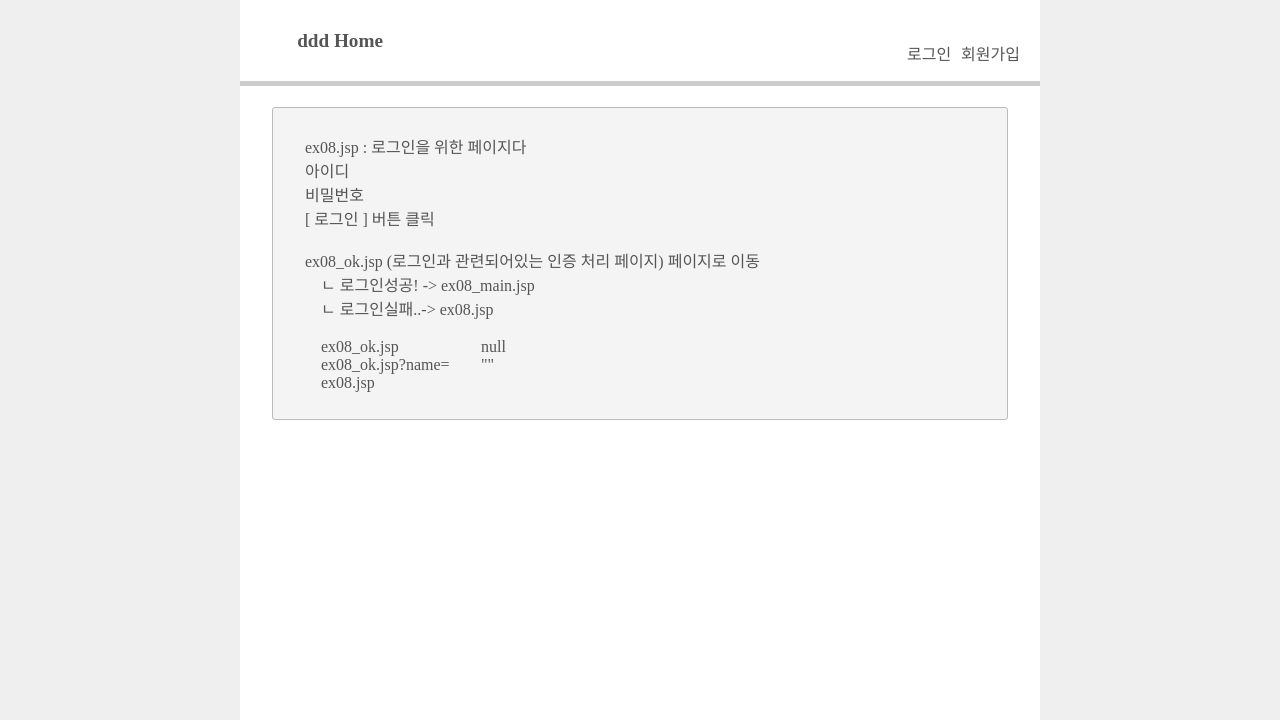
Repository: Deneb0000/JSP
Page: http://localhost/jspPro/days03/ex08.jsp
An editor plug-in stored every save of this project. The page is shown before and after the next save, followed by the edit.
The browser window is 1280 px wide. The pictures show the whole page.
Some web fonts or font styles are not loaded; a fallback is used. The page is served by Tomcat 9. Other server files are loaded and not shown.

Above is the page before, as saved 2024-10-17 06:22:50.

### jspPro/src/main/webapp/days03/ex08.jsp
<%@ page contentType="text/html; charset=UTF-8" pageEncoding="UTF-8"%>
<!DOCTYPE html>
<html>
<head>
<meta charset="UTF-8">
<title>Insert title here</title>
<link rel="shortcut icon" type="image/x-icon" href="http://localhost/jspPro/images/SiSt.ico">
<script src="https://ajax.googleapis.com/ajax/libs/jquery/3.7.1/jquery.min.js"></script>
<meta name="viewport" content="width=device-width, initial-scale=1.0">
<meta name="google" content="notranslate">
<link rel="stylesheet" href="http://localhost/jspPro/resources/cdn-main/example.css">
<script src="http://localhost/jspPro/resources/cdn-main/example.js"></script>
<style>
 span.material-symbols-outlined{
    vertical-align: text-bottom;
 }
</style>
</head>
<body>
<header>
  <h1 class="main"><a href="#" style="position: absolute;top:30px;">ddd Home</a></h1>
  <ul>
    <li><a href="#">로그인</a></li>
    <li><a href="#">회원가입</a></li>
  </ul>
</header>
<div>
  <xmp class="code">
    ex08.jsp : 로그인을 위한 페이지다
    아이디
    비밀번호
    [ 로그인 ] 버튼 클릭

    ex08_ok.jsp (로그인과 관련되어있는 인증 처리 페이지) 페이지로 이동
    	ㄴ 로그인성공! -> ex08_main.jsp
    	ㄴ 로그인실패..-> ex08.jsp

   	ex08_ok.jsp			null
   	ex08_ok.jsp?name=	""
   	ex08.jsp
  </xmp>
</div>
</body>
</html>

### jspPro/src/main/webapp/resources/cdn-main/example.css
@charset "UTF-8";

@import url('https://fonts.googleapis.com/css2?family=Material+Symbols+Outlined:opsz,wght,FILL,GRAD@20..48,100..700,0..1,-50..200');

@font-face {
    font-family: 'GmarketSansMedium';
    src: url('https://cdn.jsdelivr.net/gh/projectnoonnu/noonfonts_2001@1.1/GmarketSansMedium.woff') format('woff');
    font-weight: normal;
    font-style: normal;
}

:root {
	--text-color: #555;
	--sub-text-color: #777;
	--back-color: #EFEFEF;
	--header-color: #444;
	--primary-color: #DEDEDE;
	--secondary-color: #EFEFEF;
	--default-width: 800px;
	--narrow-width: 500px;
	--wide-width: 1200px;
	--text-font: 'GmarketSansMedium';
	--icon-font: 'Material Symbols Outlined';
	--border-color: #CCC;
}

html, body {
	margin: 0;
	padding: 0;
}

html {
	background-color: var(--back-color);
	display: flex;
	justify-content: center;
	min-height: 100vh;
}

body, body.default {
	width: var(--default-width);
	background-color: white;
	padding-bottom: 120px;
}

body.wide {
	width: var(--wide-width);
}

body.narrow {
	width: var(--narrow-width);
}



body, p, div, span, a, input, select, option, textarea, button, table, th, td, label, fieldset, legend {
	font-family: var(--text-font);
	color: var(--text-color);
}

h1, h2, h3 {
	font-family: var(--text-font);
	color: var(--header-color);
	padding: 0 1rem;
	padding-top: .5rem;
}

div > h1, div > h2, div > h3 {
	padding: 0;
}

body > div, body > main > div {
	padding: 0.3rem 1rem;
}


h1 { font-size: 2rem; border-bottom: 1px solid var(--border-color); }
h1 small { font-size: 1.2rem; color: var(--sub-text-color); }
h2 { font-size: 1.5rem; border-bottom: 1px dashed var(--border-color); }
h2 small { font-size: 1.1rem; color: --sub-text-color; }
h3 { font-size: 1.2rem; }
h3 small { font-size: 1rem; color: --sub-text-color; }



h1.main::before {
	font-family: var(--icon-font);
  	content: '\e666';
  	margin-right: 10px;
  	float: left;
	font-size: 2.5rem;
}

h1.sub::before {
	font-family: var(--icon-font);
  	content: '\ea19';
  	margin-right: 10px;
  	float: left;
	font-size: 2.5rem;
}


h1.page::before {
	font-family: var(--icon-font);
  	content: '\e0e0';
  	margin-right: 10px;
  	float: left;
	font-size: 2.5rem;
}

body > header > ul > li > .active{
	background-color: #FFF;
	color:#F00;
}

body > header {
	display: flex;
	justify-content: space-between;
	border-bottom: 5px solid var(--border-color);
	min-height: 74px;
	background-color: #FFF;
}

body > header.sticky {
	position: sticky;
	top: 0;
	z-index: 98;
}

body > header > h1 {
	font-size: 1.2rem;
	border: 0;
}

body > header.in > h1::before {
	font-family: var(--icon-font);
  	content: '\e332‥';
  	margin-right: 3px;
  	float: left;
	font-size: 2rem;
}


body > header > ul {
	list-style-type: none;
	display: flex;
	align-items: flex-end;
	margin-right: 10px;
}

body > header > ul > li {
	margin-right: 10px;
	cursor: pointer;
}

body > header > ul > li > a {
	cursor: pointer;
}


form {
	display: block;
}

form > div {
	padding: 0.3rem 1rem;
}

div > form > div {
	padding: 0.3rem 0;
}

input, textarea, button, select {
	border: 1px solid #BBB;
	border-radius: 3px;
	outline: none;
	resize: none;
	padding: 7px;
	margin: 0;
}

input[type=text]:read-only, textarea:read-only {
	cursor: not-allowed;
	background-color: #FFF;
}

input[type=text]:disabled, textarea:disabled {
	cursor: not-allowed;
	background-color: #EEE;
}

input[type=text], input[type=password], textarea, button, select {
	/* width: 300px; */
}

textarea {
	display: block;
	height: 100px;
}

input[type=button], input[type=submit], button {
	/* width: inherit; */
}

input.short, textarea.short, button.short, select.short {
	width: 100px;
}

input.long, textarea.long, button.long, select.long {
	width: 350px;
}

.narrow input.long, .narrow textarea.long, .narrow button.long, .narrow select.long {
	width: calc(100% - 20px);
}

input.full, textarea.full, button.full, select.full {
	width: calc(100% - 20px);
}

textarea.short {
	height: 50px;
}

textarea.long {
	height: 100px;
}

textarea.full {
	height: 200px;
}

input, textarea {
	padding-top: 8px;
}

input[type=button], input[type=submit], button {
	padding: 5px 10px;
	background-color: var(--secondary-color);
	cursor: pointer;
	min-height: 36px;
}

input[type=button].primary, input[type=submit].primary, button.primary {
	/* background-color: rgba(100, 149, 237, .2); */
	background-color: var(--primary-color);
}

input[type=button].primary:hover, input[type=submit].primary:hover, button.primary:hover {
	/* background-color: rgba(100, 149, 237, .3); */
	background-color: var(--secondary-color);
}

input[type=button]:hover, input[type=submit]:hover, button:hover {
	background-color: var(--primary-color);
}

button {
	position: relative;
	left: 0;
	top: 0;
	padding-left: 35px;
}

button .material-symbols-outlined {
	position: absolute;
	left: 10px;
	top: 4px;
}

/* k2nik add */
button.login::before {
	font-family: var(--icon-font);
  	content: '\ea77';
	position: absolute;
	left: 11px;
	top: 4px;
	font-size: 1.25rem;
}

/* k2nik logout */
button.logout::before {
	font-family: var(--icon-font);
  	content: '\e9ba';
	position: absolute;
	left: 11px;
	top: 4px;
	font-size: 1.25rem;
}

/* k2nik help */
button.help::before {
	font-family: var(--icon-font);
  	content: '\f1c0';
	position: absolute;
	left: 11px;
	top: 4px;
	font-size: 1.25rem;
}

button.add::before{
	font-family: var(--icon-font);
  	content: '\e746';
	position: absolute;
	left: 11px;
	top: 4px;
	font-size: 1.25rem;
}

button.back::before {
	font-family: var(--icon-font);
  	content: '\e166';
	position: absolute;
	left: 11px;
	top: 4px;
	font-size: 1.25rem;
}

button.list::before {
	font-family: var(--icon-font);
  	content: '\e0ee';
	position: absolute;
	left: 11px;
	top: 4px;
	font-size: 1.25rem;
}


button.del::before {
	font-family: var(--icon-font);
  	content: '\e872';
	position: absolute;
	left: 11px;
	top: 4px;
	font-size: 1.25rem;
}


button.edit::before {
	font-family: var(--icon-font);
  	content: '\e745';
	position: absolute;
	left: 11px;
	top: 4px;
	font-size: 1.25rem;
}


button.login::before {
	font-family: var(--icon-font);
  	content: '\ea77';
	position: absolute;
	left: 11px;
	top: 4px;
	font-size: 1.25rem;
}


button.logout::before {
	font-family: var(--icon-font);
  	content: '\e9ba';
	position: absolute;
	left: 11px;
	top: 4px;
	font-size: 1.25rem;
}


button.in::before {
	font-family: var(--icon-font);
  	content: '\f71a';
	position: absolute;
	left: 11px;
	top: 4px;
	font-size: 1.25rem;
}


button.out::before {
	font-family: var(--icon-font);
  	content: '\f70e';
	position: absolute;
	left: 11px;
	top: 4px;
	font-size: 1.25rem;
}


button.reply::before {
	font-family: var(--icon-font);
  	content: '\e15e';
	position: absolute;
	left: 11px;
	top: 4px;
	font-size: 1.25rem;
}


button.comment::before {
	font-family: var(--icon-font);
  	content: '\e0b9';
	position: absolute;
	left: 11px;
	top: 4px;
	font-size: 1.25rem;
}


button.modal::before {
	font-family: var(--icon-font);
  	content: '\e89e';
	position: absolute;
	left: 11px;
	top: 4px;
	font-size: 1.25rem;
}


button.ok::before {
	font-family: var(--icon-font);
  	content: '\e86c';
	position: absolute;
	left: 11px;
	top: 4px;
	font-size: 1.25rem;
}


button.cancel::before {
	font-family: var(--icon-font);
  	content: '\e5c9';
	position: absolute;
	left: 11px;
	top: 4px;
	font-size: 1.25rem;
}

button.search::before {
	font-family: var(--icon-font);
  	content: '\e8b6';
	position: absolute;
	left: 11px;
	top: 4px;
	font-size: 1.25rem;
}

button.home::before {
	font-family: var(--icon-font);
  	content: '\e88a';
	position: absolute;
	left: 11px;
	top: 4px;
	font-size: 1.25rem;
}


button.sidebar::before {
	font-family: var(--icon-font);
  	content: '\f7e4';
	position: absolute;
	left: 11px;
	top: 4px;
	font-size: 1.25rem;
}


button.sidebar-right::before {
	font-family: var(--icon-font);
  	content: '\f7e5';
	position: absolute;
	left: 11px;
	top: 4px;
	font-size: 1.25rem;
}




button::before {
	font-family: var(--icon-font);
  	content: '\e323';
	position: absolute;
	left: 11px;
	top: 4px;
	font-size: 1.25rem;
}


table {
	border-collapse: collapse;
	margin: 1rem;
	box-sizing: border-box;
	width: calc(100% - 32px);
}

table.content {
	width: auto;
}

div > table {
	margin: 0;
}

table th, table td {
	border: 1px solid var(--border-color);
	padding: 7px;
	font-weight: normal;
}

table th {
	background-color: var(--back-color);
}

table.vertical th {
	width: 150px;
}

table.vertical td {
	width: calc(100% - 182px);
	padding-left: 10px;
}

table.content td, table.content th {
	width: auto;
}

body.narrow table.vertical th {
	width: 100px;
}

body.narrow table.vertical td {
	width: calc(100% - 182px);
}


table + table {
	margin-top: 30px;
}


p {
	padding: 0 1rem;
}

a {
	text-decoration: none;
}

a:hover {
	color: rgba(255, 99, 71, .7);
}

hr {
	border: 0;
	border-top: 1px solid var(--border-color);
	margin: 2rem 0;
}

.message {
	border: 1px solid var(--border-color);
	background-color: #EFEFEF;
	margin: 1rem;
	width: auto;
	padding-top: 10px;
	padding-bottom: 10px;
	font-size: 14px;
}

.message[title]::before {
	content: attr(title);
	display: block;
	border-bottom: 1px solid var(--border-color);
	padding-bottom: 5px;
	margin-bottom: 10px;
	margin-top: 7px;
}

.message.short {
	max-width: 250px;
}

.message.long {
	max-width: 500px;
}

.badge {
	float: right;
	font-size: .8rem;
	margin-top: 2px;
	margin-right: 2px;
	text-shadow: 0 0 7px gray;
}

.badge.left {
	float: none;
	margin-left: 2px;
}

.badge.right {
	float: right;
}

.badge.red {
	border-radius: 50%;
	padding: 2px 5px;
	background-color: rgb(255, 99, 71, .3);
}

.badge.yellow {

	border-radius: 50%;
	padding: 2px 5px;
	background-color: rgb(255, 215, 0, .5);
}

.badge.blue {
	border-radius: 50%;
	padding: 2px 5px;
	background-color: rgb(100, 149, 237, .3);
}

label + label {
	margin-left: 7px;
}

label input[type=checkbox], label input[type=radio] {
	transform: translate(0, 1px);
}

.group {
	display: flex;
}

.modal-content .group {
	margin-bottom: .5rem;
}

.group label {
	border: 1px solid #BBB;
	border-radius: 3px;
	outline: none;
	resize: none;
	padding: 7px 14px;
	margin: 0;
	border-top-right-radius: 0;
	border-bottom-right-radius: 0;
	background-color: #EFEFEF;
	white-space: nowrap;
	font-size: 14px;
}

.group input[type=text] {
	margin-left: -1px;
	border-top-left-radius: 0;
	border-bottom-left-radius: 0;
}

.group select {
	margin-left: -1px;
	border-top-left-radius: 0;
	border-bottom-left-radius: 0;
}

.group input.full[type=text] {
	margin-left: -1px;
	border-top-left-radius: 0;
	border-bottom-left-radius: 0;
	width: 100%;
}

.group input[type=button]:first-child, .group button:first-child {
	border-top-left-radius: 3px;
	border-bottom-left-radius: 3px;
	margin-left: 0px;
}

.group input[type=button], .group button {
	border-radius: 0;
	margin-left: -1px;
}

.group input[type=button]:last-child, .group button:last-child {
	margin-left: -1px;
	border-top-right-radius: 3px;
	border-bottom-right-radius: 3px;
}

.seperate {
	display: flex;
	justify-content: space-between;
}

div.list {
	width: max-content;
	margin: 1rem;
	border: 1px solid #BBB;
	border-radius: 3px;
	padding: 0;
}

div.list.full {
	width: auto;
	display: block;
	margin: 1rem;
	border: 1px solid #BBB;
	border-radius: 3px;
	padding: 0;
}

div.list > div {
	padding: .5rem 1rem;
	margin: 0;
	border-bottom: 1px solid #BBB;
}

div.list > div:last-child {
	border-bottom: 0;
}

pre.code , xmp.code{
	font-family: consols;
	background-color: rgba(150, 150, 150, .1);
	border: 1px solid #BBB;
	border-radius: 3px;
	padding: .5rem 1rem;
	padding-bottom: .6rem;
	margin: 1rem;
}




*[data-modal-window] {
	position: fixed;
	background-color: rgba(0, 0, 0, .3);
	left: 0;
	top: 0;
	display: none;
	justify-content: center;
	align-items: flex-start;
	width: 100%;
	min-height: 100vh;
	z-index: 100;
	opacity: 0;
	transition: 500ms all;
}

*[data-modal-window] .modal-container {
	border-radius: 5px;
	padding: 1rem;
	padding-bottom: .5rem;
	margin-top: -500px;
	opacity: 0;
	width: 500px;
	background-color: #FFF;
	margin-right: 2rem;
	transition: 500ms all;
}

*[data-modal-size=content] .modal-container {
	width: auto;
}

*[data-modal-size=narrow] .modal-container {
	width: 300px;
}

*[data-modal-size=wide] .modal-container {
	width: 760px;
}


*[data-modal-window] .modal-header {
	border-bottom: 1px solid var(--border-color);
	padding: 2px 5px;
}

*[data-modal-window] .modal-content {
	padding: 1rem 5px;
}

*[data-modal-window] .modal-content div:last-child {
	margin-top: 1rem;
	text-align: right;
}



*[data-sidebar-window] {
	position: fixed;
	background-color: #FFF;
	left: 0;
	top: 0;
	display: block;
	width: 300px;
	border-right: 1px solid var(--border-color);
	box-sizing: border-box;
	box-shadow: 0 0 3px var(--back-color);
	min-height: 100vh;
	z-index: 99;
	transform: translate(-300px, 0);
	transition-duration: 500ms;
	transition-property: transform;
}

*[data-sidebar-direction=right] {
	left: auto;
	right: 0;
	transform: translate(300px, 0);
	border-left: 1px solid var(--border-color);
}

*[data-sidebar-size=wide] {
	width: 500px;
	transform: translate(-500px, 0);
}

*[data-sidebar-window] .sidebar-title {
	border-bottom: 1px solid var(--border-color);
	margin-top: 20px;
	margin-bottom: 20px;
	padding-bottom: 5px;
	display: flex;
	justify-content: space-between;
}

*[data-sidebar-window] .sidebar-title span:last-child {
	cursor: pointer;
}


/* K2Nik pagination */
.center {
  text-align: center;
}

.pagination {
  display: inline-block;
}

.pagination a {
  color: black;
  float: left;
  padding: 3px 6px;
  text-decoration: none;
  transition: background-color .3s;
  border: 1px solid #ddd;
  margin: 0 3px;
}

.pagination a.active {
  background-color: #4CAF50;
  color: white;
  border: 1px solid #4CAF50;
}

.pagination a:hover:not(.active) {background-color: #ddd;}

### jspPro/src/main/webapp/resources/cdn-main/example.js

window.onload = () => {

    const list = document.querySelectorAll('input, textarea');

    list.forEach(item => {
        item.setAttribute('autocomplete', 'off');
    });


    const modal_btn_list = document.querySelectorAll('*[data-modal-button]');

    modal_btn_list.forEach(item => {
        item.onclick = function() {

            const name = this.dataset['modalButton'];
            const modal_window = document.querySelector('*[data-modal-window=' + name);

            const container = document.createElement('div');
            container.className = 'modal-container';



            const modal_header = document.createElement('div');
            modal_header.textContent = modal_window.dataset['modalTitle'];
            modal_header.className = 'modal-header';
            container.appendChild(modal_header);

            const modal_content = document.createElement('div');
            modal_content.className = 'modal-content';
            container.appendChild(modal_content);

            Array.from(modal_window.childNodes).forEach(item => {
                modal_content.appendChild(item);
            });

            modal_window.appendChild(container);

            modal_window.style.display = 'flex';

            setTimeout(() => {
                modal_window.style.opacity = 1;
                container.style.marginTop = '20px';
                container.style.opacity = 1;
            }, 50);


            const modal_ok = document.querySelector('*[data-modal-ok=' + name);
            modal_ok.addEventListener('click', function() {
                modal_window.style.opacity = 0;
                container.style.marginTop = '-500px';
                container.style.opacity = 0;

                setTimeout(() => {
                    modal_window.innerHTML = modal_content.innerHTML;
                    modal_window.style.display = 'none';
                }, 500);

            });

            const modal_cancel = document.querySelector('*[data-modal-cancel=' + name);
            modal_cancel.addEventListener('click', function() {

                modal_window.style.opacity = 0;
                container.style.marginTop = '-500px';
                container.style.opacity = 0;

                setTimeout(() => {
                    modal_window.innerHTML = modal_content.innerHTML;
                    modal_window.style.display = 'none';
                }, 500);
            });


        };
    });


    const sidebar_btn_list = document.querySelectorAll('*[data-sidebar-button]');

    sidebar_btn_list.forEach(item => {
        item.onclick = function() {



            const name = this.dataset['sidebarButton'];
            const sidebar_window = document.querySelector('*[data-sidebar-window=' + name);

            if (sidebar_window.style.transform == 'translate(0px, 0px)') return;



            sidebar_window.style.transform = 'translate(0, 0)';

            const sidebar_title = document.createElement('div');
            sidebar_title.className = 'sidebar-title';
            sidebar_title.innerHTML = '<span>' + sidebar_window.dataset['sidebarTitle'] + '</span><span class="material-symbols-outlined">close</span>';

            sidebar_title.children[1].onclick = function() {

                let sign = 1;
                let distance = 300;

                if (sidebar_window.dataset['sidebarDirection'] != 'right') {
                    sign = -1;
                } else {
                    sign = 1;
                }

                if (sidebar_window.dataset['sidebarSize'] != 'wide') {
                    distance = 300;
                } else {
                    distance = 500;
                }

                distance *= sign;

                sidebar_window.style.transform = 'translate(' + distance + 'px, 0)';

                setTimeout(function() {
                    sidebar_window.removeChild(sidebar_window.children[0]);
                }, 500);
            };


            sidebar_window.prepend(sidebar_title);

        }
    });

};

// window.onkeydown = function(event) {

//     if (event.keyCode == 27) {
//         if (document.querySelector('[data-modal-window').style.display == 'flex') {
//             document.querySelector('[data-modal-window').style.display = 'none';
//         }
//     }

// };

After the next save:
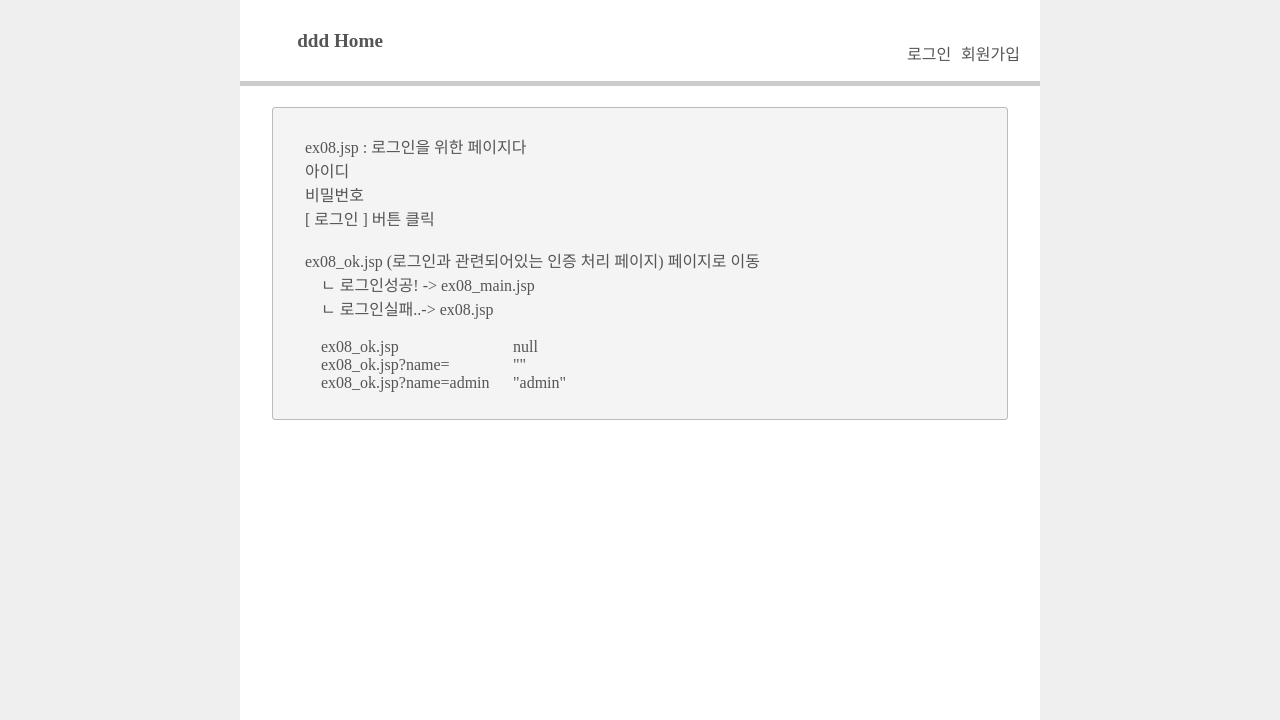
Saved 20 s later.
--- a/jspPro/src/main/webapp/days03/ex08.jsp
+++ b/jspPro/src/main/webapp/days03/ex08.jsp
@@ -35,9 +35,9 @@
     	ㄴ 로그인성공! -> ex08_main.jsp
     	ㄴ 로그인실패..-> ex08.jsp
 
-   	ex08_ok.jsp			null
-   	ex08_ok.jsp?name=	""
-   	ex08.jsp
+   	ex08_ok.jsp				null
+   	ex08_ok.jsp?name=		""
+   	ex08_ok.jsp?name=admin	"admin"
   </xmp>
 </div>
 </body>
